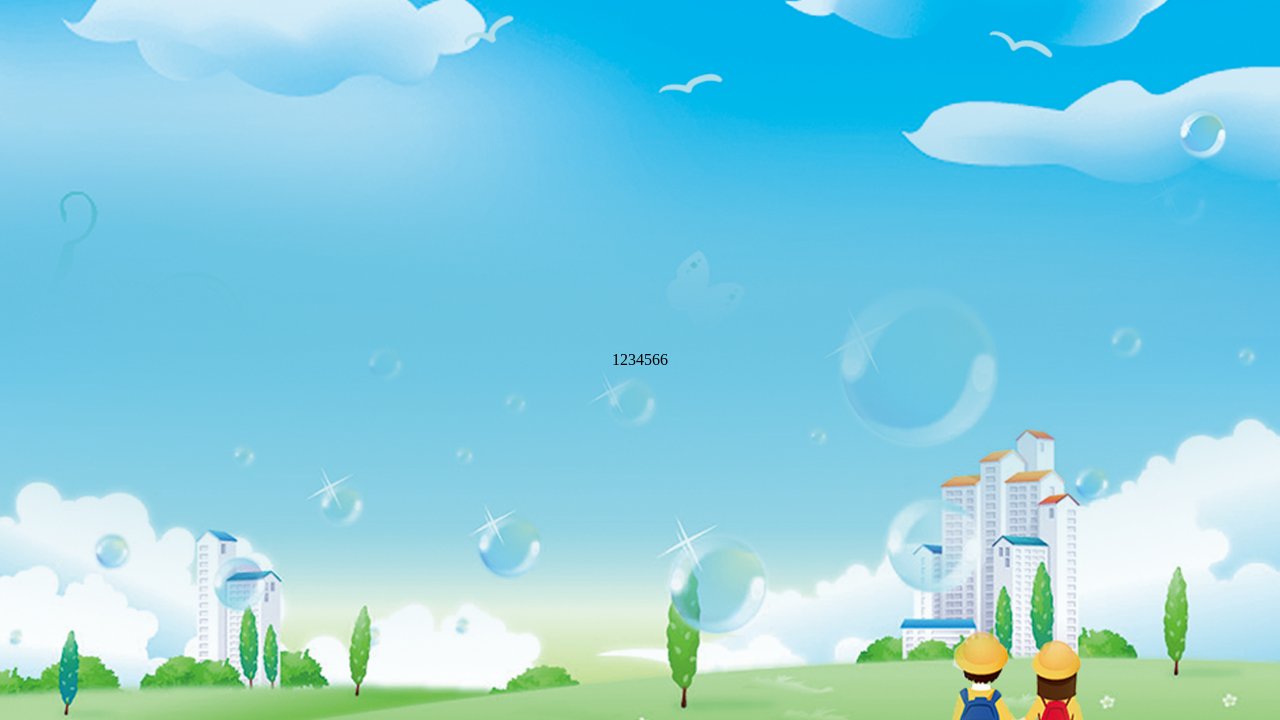
Repository: huangdesheng/classBrand
Page: / (app in classBrand/)
The author's editor kept a copy of each file at every save. The page is drawn from the files as they stood at one save, then again after the next save.
The browser window is 1280 px wide. The pictures show the whole page.
The project was rebuilt for these pictures with package versions that can differ from the ones it lists, and the page was loaded fresh each time.

Above is the page before, as saved 2019-08-23 09:43:13.

After the next save:
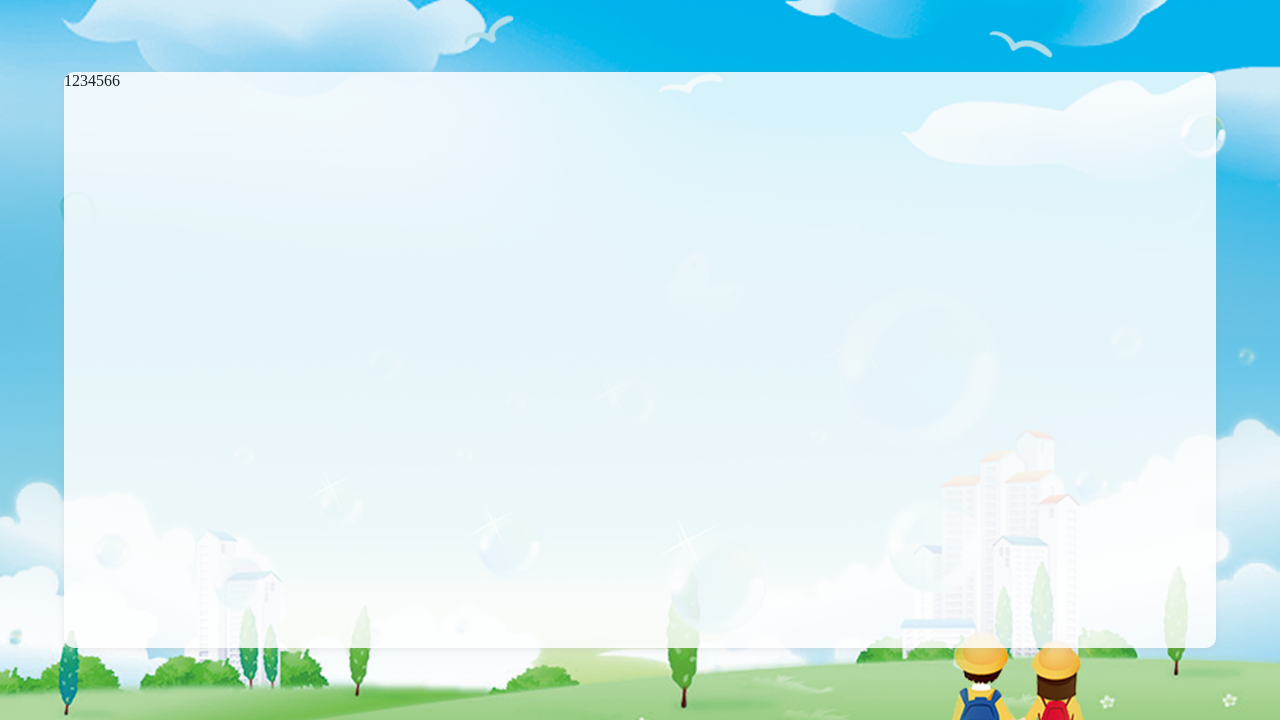
Saved 53 s later.
--- a/classBrand/src/views/index/index.vue
+++ b/classBrand/src/views/index/index.vue
@@ -7,4 +7,12 @@ export default {};
 </script>
 
 <style lang="less" scoped>
+#index {
+  width: 90%;
+  height: 80%;
+  background: rgba(255, 255, 255, 1);
+  box-shadow: 0px 2px 7px 0px rgba(161, 157, 157, 0.23);
+  opacity: 0.84;
+  border-radius: 10px;
+}
 </style>
